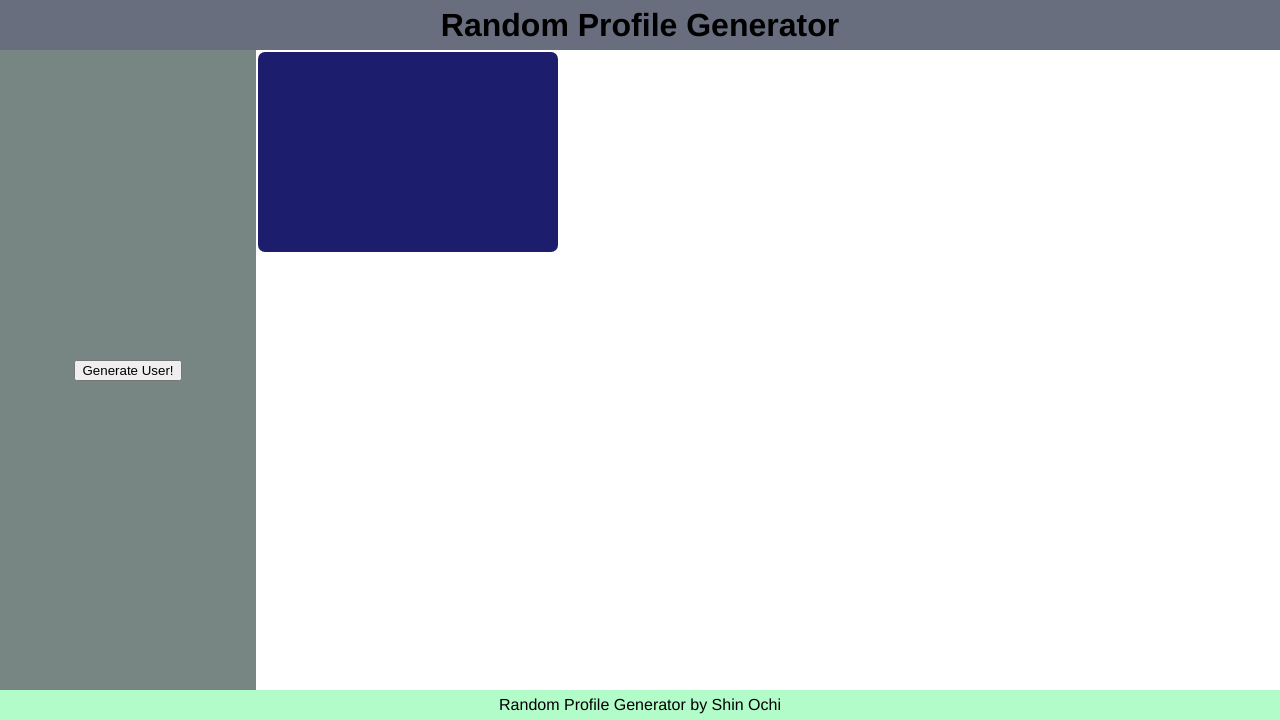
Repository: swaroopu-kr/Web-Application
Page: index.html
An editor plug-in stored every save of this project. The page is shown before and after a run of saves, followed by the edit.
The browser window is 1280 px wide. The pictures show the whole page.

Above is the page before, as saved 2021-11-01 16:43:49.

After the next 2 saves:
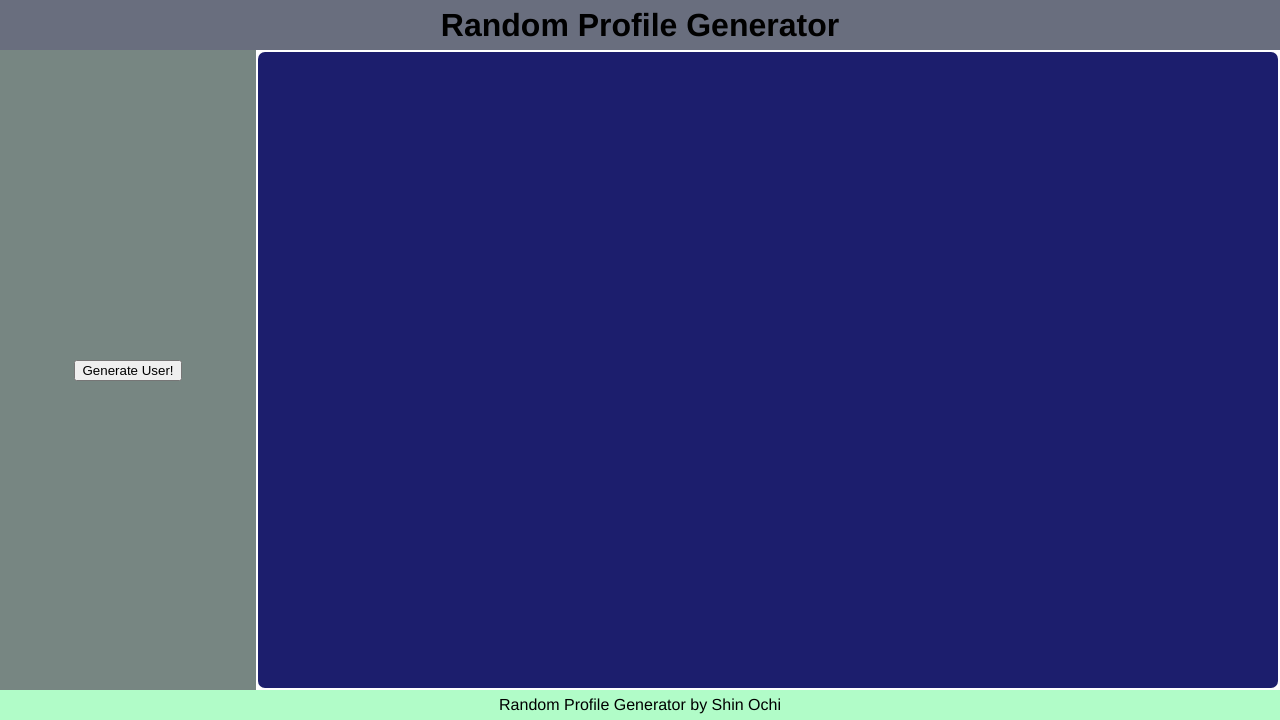
The 2 saves are shown as one change because they came seconds apart.
The last was saved 42 s later.
--- a/style.css
+++ b/style.css
@@ -73,8 +73,7 @@
       border-radius: 7px;
       margin: .15rem;
       text-shadow: 2px 3px 5px #000000;
-      width: 18.75rem;
-      height: 12.5rem; /* rem stands for root element metric - by default it's equal to 16 */
+      /* rem stands for root element metric - by default it's equal to 16 */
       grid-area: content;
         background-color: #1c1e6d;
         color: white;
